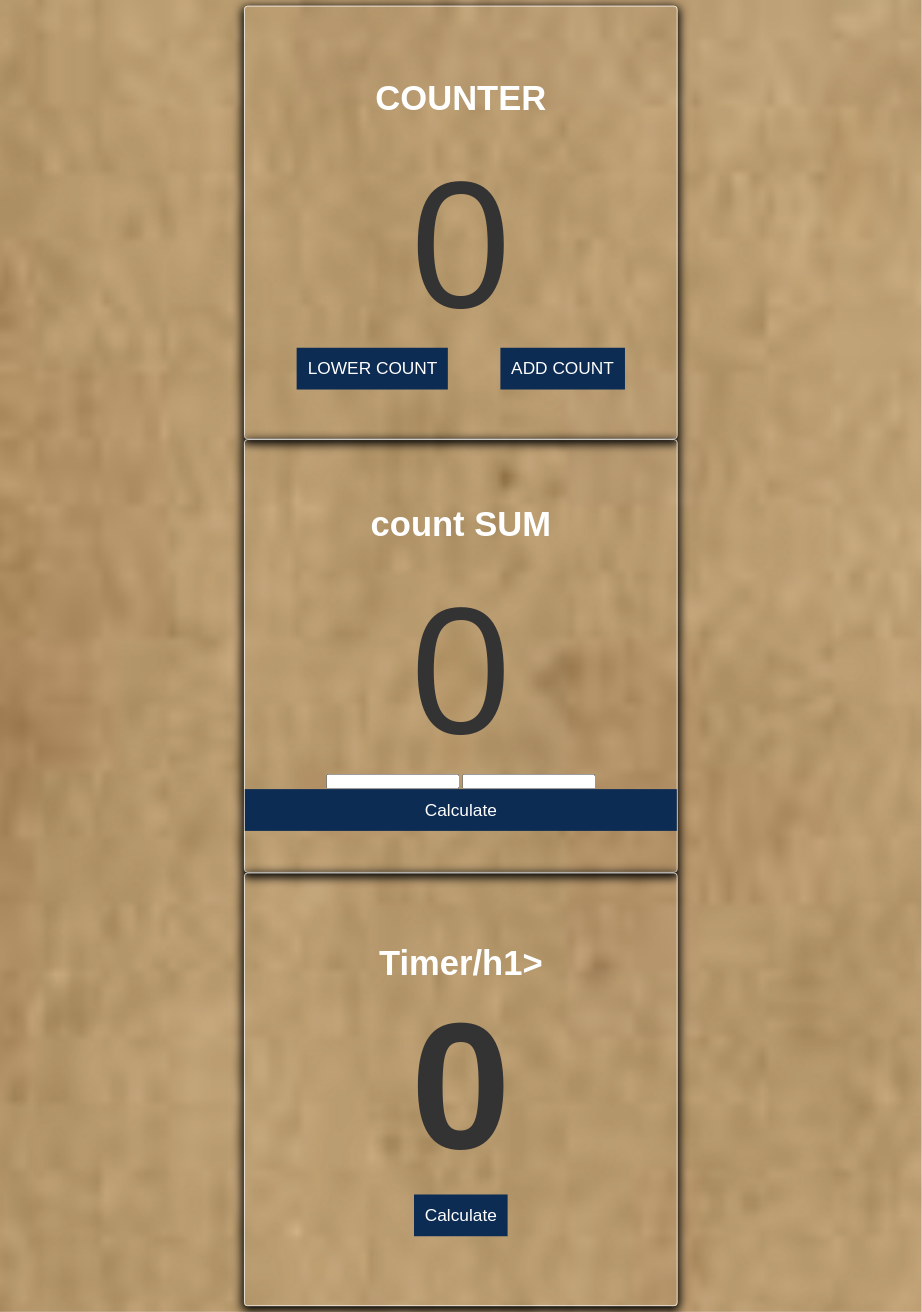
Repository: Hasmik-icml/counter
Page: index.html
These files come from the project's save history. The page is drawn as it stood at one moment and after a run of saves; the edit follows.
The browser window is 1280 px wide. The pictures show the whole page, at 72% of full size.

Above is the page before, as saved 2022-02-14 18:17:08.

After the next 2 saves:
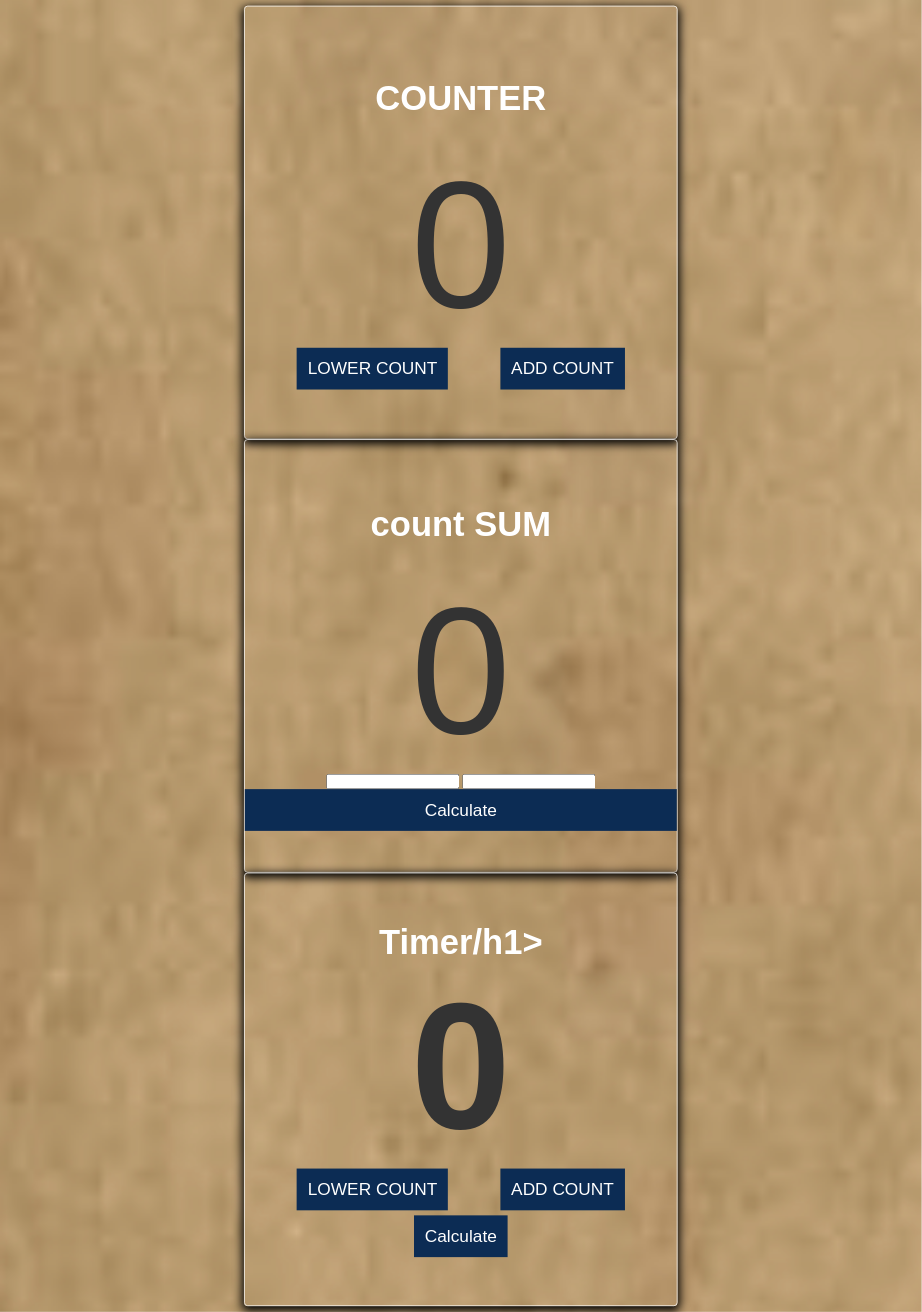
The 2 saves are shown as one change because they came seconds apart.
The last was saved 10 s later.
--- a/index.html
+++ b/index.html
@@ -33,10 +33,10 @@
     <div class="container">
         <h1 class="counterHeader">Timer/h1>
         <div class="resultTimer result">0</div>
-        <!-- <div class="inputs">
-            <input type="text" class="inputNumber1 input">
-            <input type="text" class="inputNumber2 input">
-        </div> -->
+        <div class="buttons">
+            <button class="buttonLower button">LOWER COUNT</button>
+            <button class="buttonAdd button">ADD COUNT</button>
+         </div>
         <button class="calculateNumber button">Calculate</button>
         <!--  -->
     </div>
